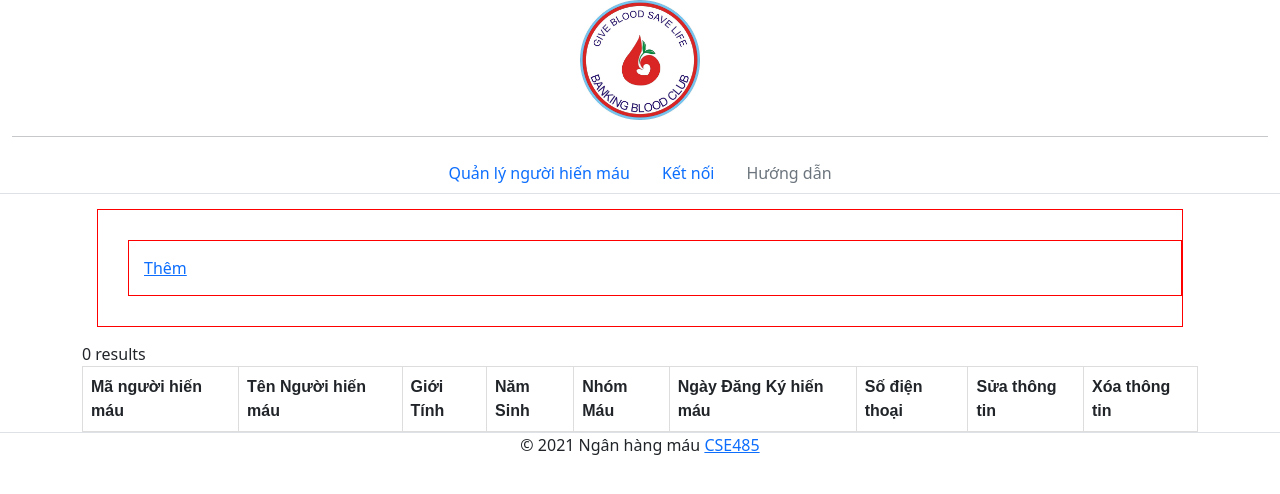
Repository: lengso01/CSE485_K61_KTGK_1951060981
Page: http://localhost/danhsach.php
An editor plug-in stored every save of this project. The page is shown before and after the next save, followed by the edit.
The browser window is 1280 px wide. The pictures show the whole page.
Some web libraries are served in a nearby version. The page is run by PHP 8.4 with error messages shown; the project is at /var/www/html/. Queries for data that is not in the repository find no rows.

Above is the page before, as saved 2021-10-21 11:13:20.

After the next save:
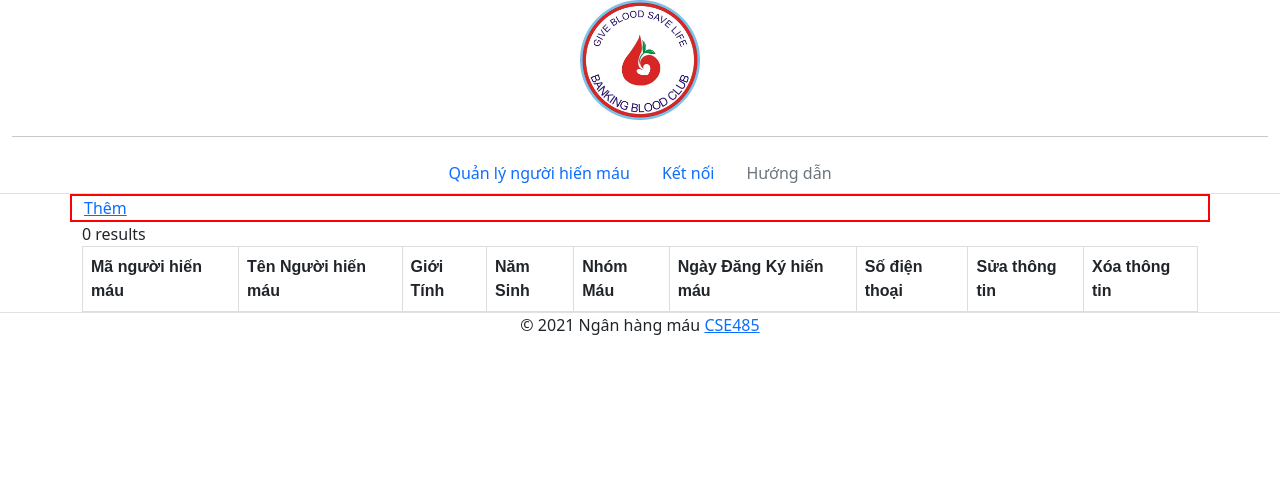
Saved 15 s later.
--- a/src/danhsach.php
+++ b/src/danhsach.php
@@ -22,8 +22,6 @@
     }
     .add{
         border: 1px solid red;
-        margin: 15px;
-        padding: 15px;
         text-decoration: none;
     }
 </style>
